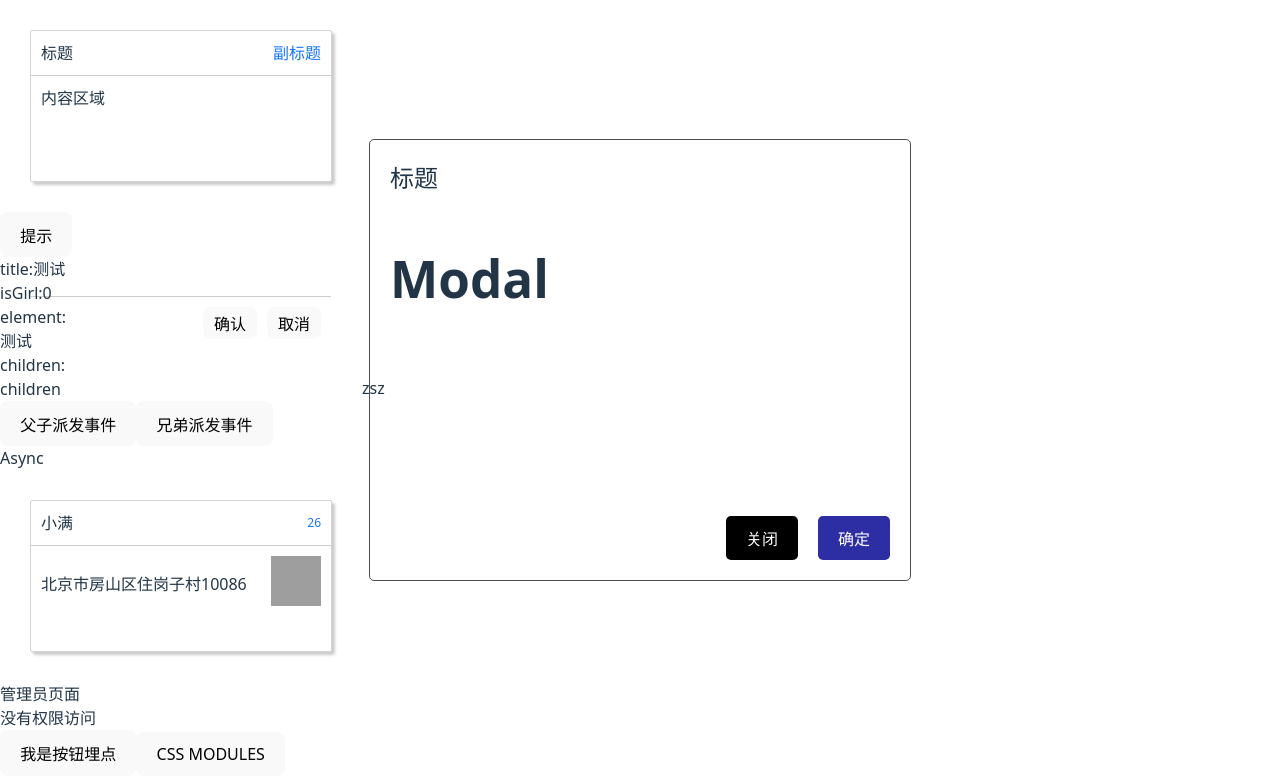
Repository: EDMZJJJ/learn-react
Page: /
An editor plug-in stored every save of this project. The page is shown before and after a run of saves, followed by the edit.
The browser window is 1280 px wide. The pictures show the whole page.
Pictures or frames that could not be fetched are drawn as grey boxes. The project was rebuilt for these pictures with package versions that can differ from the ones it lists, and the page was loaded fresh each time. Also part of the build but not shown: vite.config.ts, src/components/Skeleton/index.css, src/components/Message/index.css, src/components/Message/index.tsx.

Above is the page before, as saved 2026-03-11 15:13:03.

### index.html
<!doctype html>
<html lang="en">
  <head>
    <meta charset="UTF-8" />
    <link rel="icon" type="image/svg+xml" href="/vite.svg" />
    <meta name="viewport" content="width=device-width, initial-scale=1.0" />
    <title>learn-react</title>
  </head>
  <body>
    <div id="root"></div>
    <script type="module" src="/src/main.tsx"></script>
  </body>
</html>

### src/main.tsx
import { StrictMode } from 'react'
import { createRoot } from 'react-dom/client'
import './index.css'
import App from './App.tsx'
import './components/Message/index.tsx'
createRoot(document.getElementById('root')!).render(
  <StrictMode>
    <App />
  </StrictMode>,
)

### src/App.tsx
import React, { lazy, Suspense, useEffect } from "react"
import { createPortal } from "react-dom"
import Card from "./components/Card"
import Test from "./components/Test"
const AsyncComponent=lazy(()=>import('./components/Async')) // 使用lazy进行异步加载组件
import NewCard from './components/NewCard'
import { Skeleton } from "./components/Skeleton"
import { Modal } from "./components/Modal"
import styles from './app.module.scss'
// eg:权限判断
const Role = {
  ADMIN: 'admin',
  USER: 'user'
} as const;
type Role = typeof Role[keyof typeof Role];
const withAuthorrization=(role:Role)=>(Component:React.FC)=>{
  const isAuth=(role:Role)=>{
    return  role===Role.ADMIN
  }
  return (props:any)=>{
    if(isAuth(role)){
      return <Component {...props} />  //透传props
    }else{
      return <div>没有权限访问</div>
    }
  }
}
const AdminComponent=withAuthorrization(Role.ADMIN)((props:any)=>{
  console.log(props)
  return <div>管理员页面</div>
})
const UserComponet=withAuthorrization(Role.USER)(()=>{
  return <div>用户页面</div>
})

// eg:封装一个通用的HOC，实现埋点统计，比如点击事件，页面挂载，页面卸载等。
// 封装一个埋点服务
const trackService={
  sendEvent:<T,>(trackType:string, data: T = null as T)=>{
   const eventData = {
      timestamp: Date.now(), // 时间戳
      trackType, // 事件类型
      data, // 事件数据
      userAgent: navigator.userAgent, // 用户代理
      url: window.location.href, // 当前URL
    }
    //发送数据
    navigator.sendBeacon('/track', JSON.stringify(eventData))
  }
}
const withTracking=(Component:React.ComponentType<any>, trackType:string)=>{
  return (props:any)=>{
    // 页面挂载时发送事件
    useEffect(()=>{
      trackService.sendEvent(trackType+'_mount') //组件挂载时发送事件
      return ()=>{
        trackService.sendEvent(trackType+'_unmount') //组件卸载时发送事件
      }
    },[])
    //处理事件
    const trackEvent = (eventType: string, data: any) => {
      trackService.sendEvent(`${trackType}-${eventType}`, data)
    }
    return <Component {...props} trackEvent={trackEvent} />
  }
}
const Button = ({ trackEvent }:{trackEvent: (eventType: string, data: any) => void  }) => {
  // 点击事件
  const handleClick = (e: React.MouseEvent<HTMLButtonElement>) => {
    trackEvent(e.type, {
      name: e.type,
      type: e.type,
      clientX: e.clientX,
      clientY: e.clientY,
    })
  }

  return <button   onClick={handleClick}>我是按钮埋点</button>
}
// 使用HOC高阶组件
const TrackButton = withTracking(Button, 'button')

const App: React.FC = () =>  {
  //所有hook都必须在组件的最顶层调用，不能在循环或条件语句中调用它。
  const fn = (params:string)=>{
    console.log('子组件触发了 父组件的事件',params)
  }

  return (
    <>
      <Card></Card>
      {/* 全局组件 */}
      <button onClick={() => window.onShow()}>提示</button>

      {/* 组件通信 */}
      <Test
        title={'测试'}
        id={1}
        obj={{ a: 1, b: 2 }}
        arr={[1, 2, 3]}
        cb={(a: number, b: number) => a + b}
        empty={null}
        element={<div>测试</div>}
        isGirl={false}
        callback={fn}
      >
        <div>children</div>
      </Test>

      {/* 异步组件 */}
      {/* 使用Suspense包裹异步组件，fallback指定加载过程中的占位组件 */}
      <Suspense fallback={<div>loading</div>}>
        <AsyncComponent />
      </Suspense>

      <Suspense fallback={<Skeleton></Skeleton>}>
        <NewCard></NewCard>
      </Suspense>

      {/* 高阶组件 */}
      <AdminComponent a="1"/>
      <UserComponet a="1"/>

      <TrackButton />

      {/* createPortal:是个api,将一个组件渲染到DOM的任意位置 */}
      {createPortal(<div>zsz</div>, document.body)}
      <Modal></Modal>
      <button className={styles['button-blue']}>CSS MODULES</button>
    </>
  )
}

export default App

### src/components/Card/index.tsx
import './index.css'

export default function Card() {
  //接受参数
    window.addEventListener('on-card', (e) => {
        console.log(e.params, '兄弟触发了')
    })

    return (
        <div className='card'>
            <header>
                <div>标题</div>
                <div>副标题</div>
            </header>
            <main>
                内容区域
            </main>
            <footer>
                 <button>确认</button>
                 <button>取消</button>
            </footer>
        </div>
    )
}

### src/components/Test/index.tsx
import type { JSX } from "react"
import React from "react"
interface Props {
    title?: string
    id: number
    obj: {
        a: number
        b: number
    }
    arr: number[]
    cb: (a: number, b: number) => number
    empty: null
    element: JSX.Element,
    isGirl:boolean,
    children?:React.ReactNode, //在之前的版本children是不需要手动定义的，在18之后改为需要手动定义类型
    callback:(params: string) => void
}
// 第二种默认值的方式
// const defaultProps: Partial<Props> = {
//     title: '默认标题',
// }
// const Test:React.FC<Props> = (props)=>{
// const { title } = { ...defaultProps, ...props }
//   console.log(props)
//   return (
//     <>
//     <div>title:{title}</div>
//     <div>isGirl:{props.isGirl?1:0}</div>
//     <div>子组件test:{props.element}</div>
//     </>
//   )
// }

// React.FC是函数式组件，是在TS使用的一个范型。FC是Function Component的缩写
// React.FC 帮助我们自动推导Props的类型。

// 第一种默认值的方式
const Test:React.FC<Props> = ({title = '默认标题',...props})=>{
  console.log(props)

  // 兄弟通信
  const event= new Event('on-card') //添加到事件中心
  const clickTap=()=>{
    console.log(event);
    event.params={name:'我见过龙'}
    window.dispatchEvent(event)

  }

  return (
    <>
    <div>title:{title}</div>
    <div>isGirl:{props.isGirl?1:0}</div>
    <div>element:{props.element}</div>
    <div>children:{props.children}</div>
    <button onClick={() => props.callback('我见过龙')}>父子派发事件</button>
    <button onClick={clickTap}>兄弟派发事件</button>
    </>
  )
}

//扩充event类型
declare global {
    interface Event {
        params: any
    }
}
export default Test

### src/components/NewCard/index.tsx

import { use } from 'react'
import './index.css'
interface Data {
   name: string
   age: number
   address: string
   avatar: string
}
const sleep=(ms:number)=>{
  return new Promise(resolve=>{
    setTimeout(()=>{resolve('')},ms)
  })
}
const getData=async ()=>{
  await sleep(2000) //等待2秒
  return await fetch('/data.json').then(res=>res.json()) as {data:Data}
}
const dataPromise = getData();
const NewCard: React.FC = () => {
  // 使用了use获取Promise返回的数据
 const { data } = use(dataPromise)
   return <div className="card">
      <header className="card-header">
         <div className="card-name">{data.name}</div>
         <div className="card-age">{data.age}</div>
      </header>
      <section className="card-content">
         <div className="card-address">{data.address}</div>
         <div className="card-avatar">
            <img width={50} height={50} src={data.avatar} alt="" />
         </div>
      </section>
   </div>;
};

export default NewCard;

### src/components/Skeleton/index.tsx
import './index.css'
export const Skeleton = () => {
    return <div className="skeleton">
        <header className="skeleton-header">
            <div className="skeleton-name"></div>
            <div className="skeleton-age"></div>
        </header>
        <section className="skeleton-content">
            <div className="skeleton-address"></div>
            <div className="skeleton-avatar"></div>
        </section>
    </div>
}

### src/components/Modal/index.tsx
import './index.css';
import { createPortal } from "react-dom"

export const Modal = () => {
  return createPortal(<div className="modal">
    <div className="modal-header">
      <div className="modal-title">标题</div>
    </div>
    <div className="modal-content">
      <h1>Modal</h1>
    </div>
    <div className="modal-footer">
      <button className="modal-close-button">关闭</button>
      <button className="modal-confirm-button">确定</button>
    </div>
  </div>, document.body)
}

### src/components/Async/index.tsx
export const AsyncComponent=()=>{
  return <div>Async</div>
}

export default AsyncComponent

### src/components/Card/index.css
.card {
  background: white;
  border-radius: 5px;
  border: 1px solid #ccc;
  width: 500px;
  box-shadow: 3px 3px 3px #ccc;

  header {
    display: flex;
    justify-content: space-between;
    align-items: center;
    border-bottom: 1px solid #ccc;
    padding: 10px;

    div:last-child {
      color: #1677ff;
    }
  }

  main {
    min-height: 200px;
    border-bottom: 1px solid #ccc;
    padding: 10px;
  }
  footer {
    display: flex;
    justify-content: flex-end;
    align-items: center;
    padding: 10px;
    button {
      margin-left: 10px;
      padding: 3px 10px;
    }
  }
}

### src/components/NewCard/index.css
.card {
  width: 300px;
  height: 150px;
  border: 1px solid #d6d3d3;
  margin: 30px;
  border-radius: 2px;
}

.card-header {
  display: flex;
  justify-content: space-between;
  align-items: center;
  border-bottom: 1px solid #d6d3d3;
  padding: 10px;
}

.card-age {
  font-size: 12px;
  color: #999;
}

.card-content {
  display: flex;
  justify-content: space-between;
  align-items: center;
  padding: 10px;
}

### src/components/Modal/index.css
.modal {
  position: absolute;
  top: 0;
  left: 0;
  width: 100%;
  height: 100%;
  border: 1px solid #4d4d4d;
  width: 500px;
  height: 400px;
  left: 50%;
  top: 50%;
  transform: translate(-50%, -50%);
  padding: 20px;
  border-radius: 5px;
  display: flex;
  flex-direction: column;
  justify-content: space-between;
}
.modal-header {
  display: flex;
  justify-content: space-between;
  align-items: center;
}
.modal-title {
  font-size: 1.5rem;
  font-weight: bold;
}
.modal-content {
  padding: 20px 0;
  flex: 1;
}
.modal-footer {
  display: flex;
  justify-content: flex-end;
}
.modal-close-button {
  margin-right: 10px;
  background-color: #000;
  color: #fff;
  border: none;
  padding: 10px 20px;
  border-radius: 5px;
  cursor: pointer;
}
.modal-confirm-button {
  margin-left: 10px;
  background-color: rgb(46, 46, 164);
  color: #fff;
  border: none;
  padding: 10px 20px;
  border-radius: 5px;
  cursor: pointer;
}

### public/data.json
{
  "data": {
    "id": 1,
    "address": "北京市房山区住岗子村10086",
    "name": "小满",
    "age": 26,
    "avatar": "https://api.dicebear.com/7.x/avataaars/svg?seed=小满"
  }
}

### src/app.module.scss
.app {
  background: #eeeeee;
  .button-blue {
    background: blue;
    color: #fff;
  }
}

Loaded but not shown: src/index.css (common file)

After the next 2 saves:
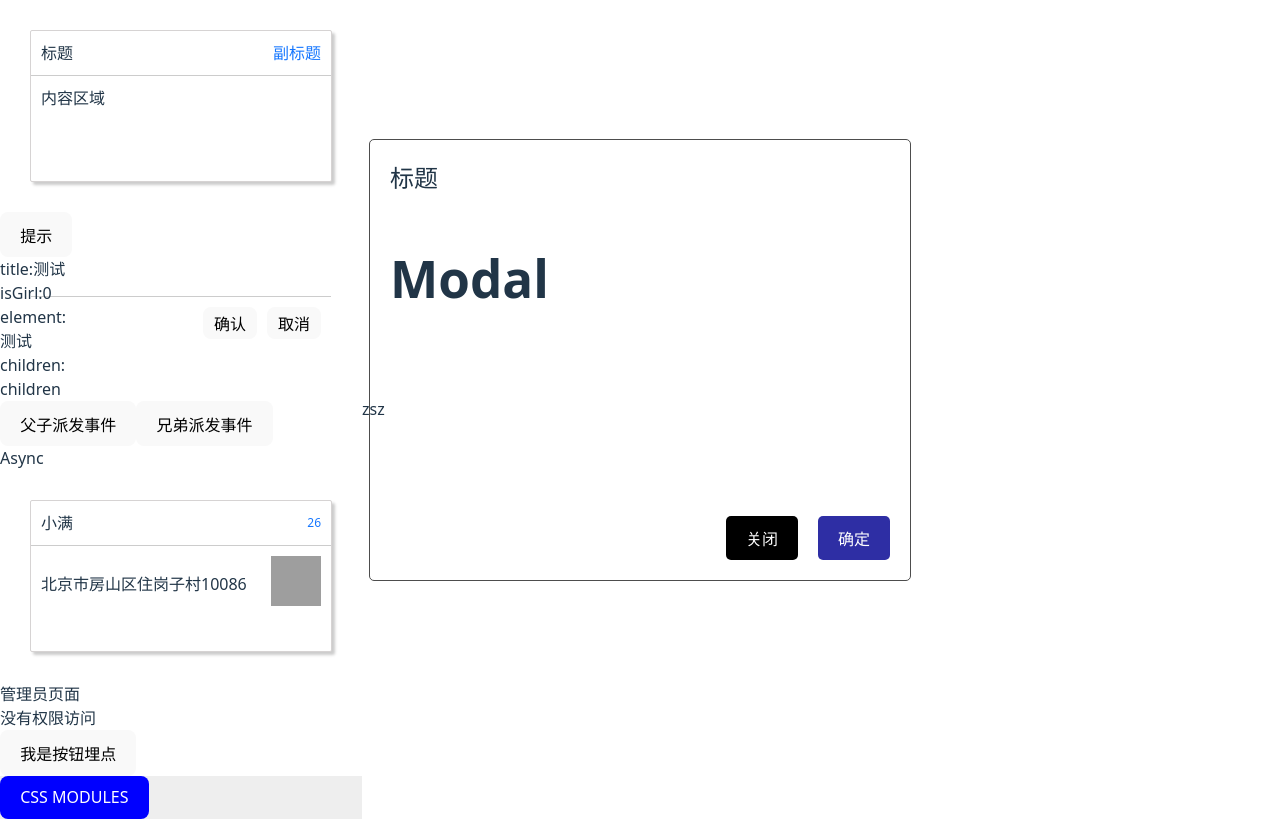
The 2 saves are shown as one change because 1 did not build or start.
The last was saved 39 s later.
--- a/src/App.tsx
+++ b/src/App.tsx
@@ -126,7 +126,9 @@ const App: React.FC = () =>  {
       {/* createPortal:是个api,将一个组件渲染到DOM的任意位置 */}
       {createPortal(<div>zsz</div>, document.body)}
       <Modal></Modal>
-      <button className={styles['button-blue']}>CSS MODULES</button>
+      <div className={styles['app']}>
+          <button className={styles['button-blue']}>CSS MODULES</button>
+      </div>
     </>
   )
 }
